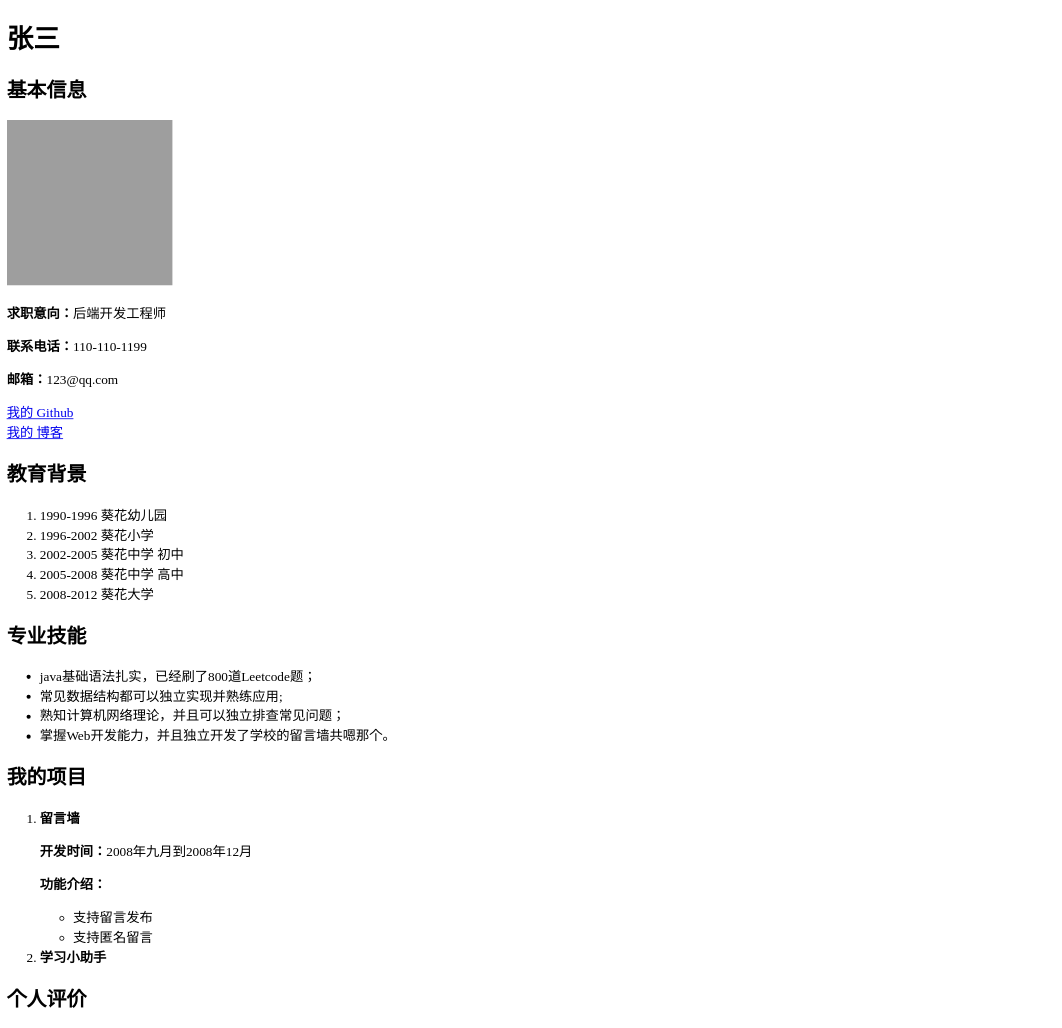
Repository: ls02/VSCode
Page: Java/2022/6-21-1/Test1.html
An editor plug-in stored every save of this project. The page is shown before and after the next save, followed by the edit.
The browser window is 1280 px wide. The pictures show the whole page, at 83% of full size.
Pictures or frames that could not be fetched are drawn as grey boxes.

Above is the page before, as saved 2022-06-21 14:52:55.

### Java/2022/6-21-1/Test1.html
<!--
 * @Author: ls02 <2877455773@qq.com>
 * @Date: 2022-06-21 11:01:41
 * @LastEditors: ls02 <2877455773@qq.com>
 * @LastEditTime: 2022-06-21 14:52:54
 * @FilePath: \Java\2022\6-21-1\Test1.html
 * @Description:
 *
 * Copyright (c) 2022 by ${ls02 <2877455773@qq.com>}, All Rights Reserved.
-->
<!DOCTYPE html>
<html lang="en">
<head>
    <meta charset="UTF-8">
    <meta http-equiv="X-UA-Compatible" content="IE=edge">
    <meta name="viewport" content="width=device-width, initial-scale=1.0">
    <title>我的简历</title>
</head>
<body>
    <h1>张三</h1>
    <h2>基本信息</h2>
    <img src="../6-18-1/image/1.jpg"
    alt="图片加载失败"
    title="个人图片"
    width="200" height="200">
    <br>
    <p><b>求职意向：</b>后端开发工程师</p>
    <p><b>联系电话：</b>110-110-1199</p>
    <p><b>邮箱：</b>123@qq.com</p>
    <a href="https://www.github.com"
    target="_blank">我的 Github</a>
    <br>
    <a href="https://www.csdn.net"
    target="_blank">我的 博客</a>
    <h2>教育背景</h2>
    <ol>
        <li>1990-1996 葵花幼儿园</li>
        <li>1996-2002 葵花小学</li>
        <li>2002-2005 葵花中学 初中</li>
        <li>2005-2008 葵花中学 高中</li>
        <li>2008-2012 葵花大学</li>
    </ol>
    <h2>专业技能</h2>
    <ul>
        <li>java基础语法扎实，已经刷了800道Leetcode题；</li>
        <li>常见数据结构都可以独立实现并熟练应用;</li>
        <li>熟知计算机网络理论，并且可以独立排查常见问题；</li>
        <li>掌握Web开发能力，并且独立开发了学校的留言墙共嗯那个。</li>
    </ul>
    <!-- 我的项目 -->
    <h2>我的项目</h2>
    <ol>
        <!-- 留言墙 -->
        <li><b>留言墙</b></li>
        <p><b>开发时间：</b>2008年九月到2008年12月</p>
        <p><b>功能介绍：</b></p>
        <ul>
            <li>支持留言发布</li>
            <li>支持匿名留言</li>
        </ul>
        <!-- 学习小助手 -->
        <li><b>学习小助手</b></li>
    </ol>
    <h2>个人评价</h2>
</body>
</html>

After the next save:
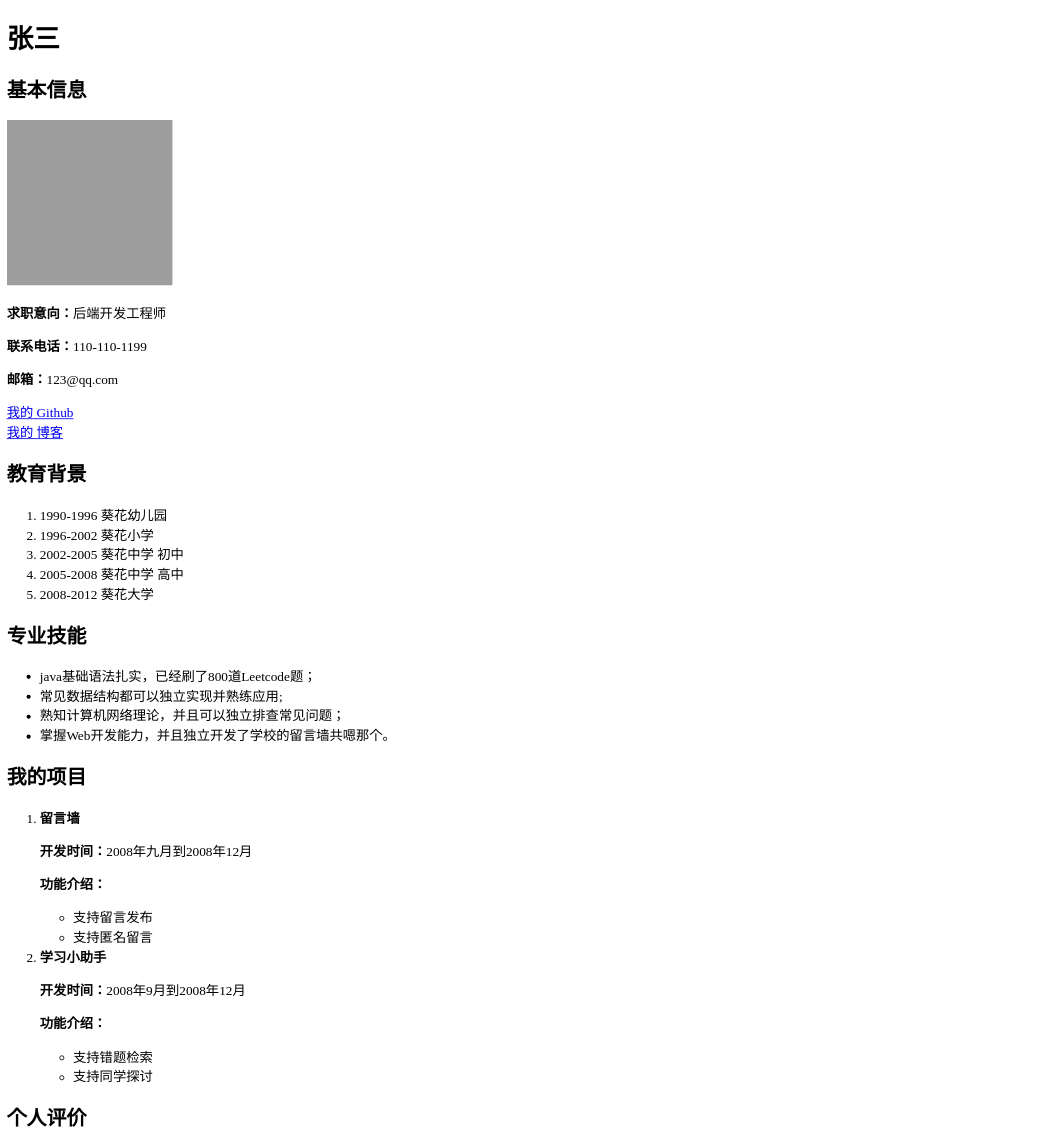
Saved 78 s later.
--- a/Java/2022/6-21-1/Test1.html
+++ b/Java/2022/6-21-1/Test1.html
@@ -2,7 +2,7 @@
  * @Author: ls02 <2877455773@qq.com>
  * @Date: 2022-06-21 11:01:41
  * @LastEditors: ls02 <2877455773@qq.com>
- * @LastEditTime: 2022-06-21 14:52:54
+ * @LastEditTime: 2022-06-21 14:54:13
  * @FilePath: \Java\2022\6-21-1\Test1.html
  * @Description:
  *
@@ -60,6 +60,12 @@
         </ul>
         <!-- 学习小助手 -->
         <li><b>学习小助手</b></li>
+        <p><b>开发时间：</b>2008年9月到2008年12月</p>
+        <p><b>功能介绍：</b></p>
+        <ul>
+            <li>支持错题检索</li>
+            <li>支持同学探讨</li>
+        </ul>
     </ol>
     <h2>个人评价</h2>
 </body>
